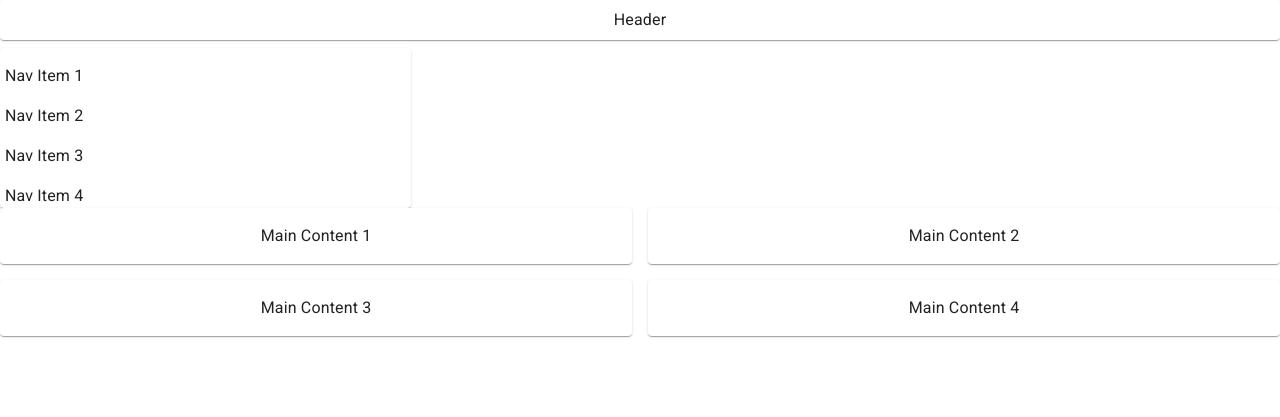
Repository: HoangDuy315/web-dev2022
Page: / (app in lab4/)
An editor plug-in stored every save of this project. The page is shown before and after the next save, followed by the edit.
The browser window is 1280 px wide. The pictures show the whole page.
The project was rebuilt for these pictures with package versions that can differ from the ones it lists, and the page was loaded fresh each time. Also part of the build but not shown: lab4/src/App.css.

Above is the page before, as saved 2022-11-03 14:56:12.

After the next save:
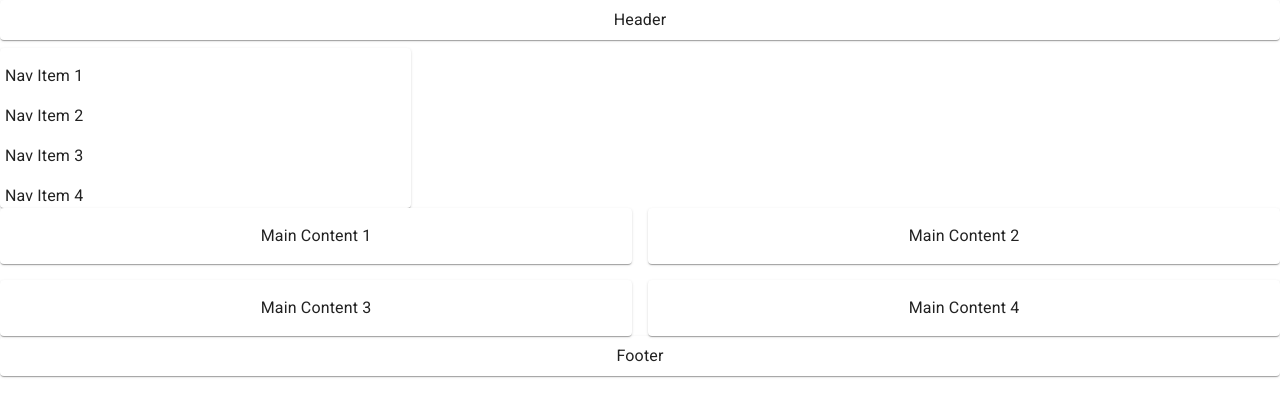
Saved 78 s later.
--- a/lab4/src/App.js
+++ b/lab4/src/App.js
@@ -69,6 +69,11 @@ function App() {
           </Grid>
         </Grid>
       </Grid>
+      <Grid item xs={12}>
+        <Paper style={headerFooterStyle}>
+          <Typography>Footer</Typography>
+        </Paper>
+      </Grid>
     </div>
   );
 }
